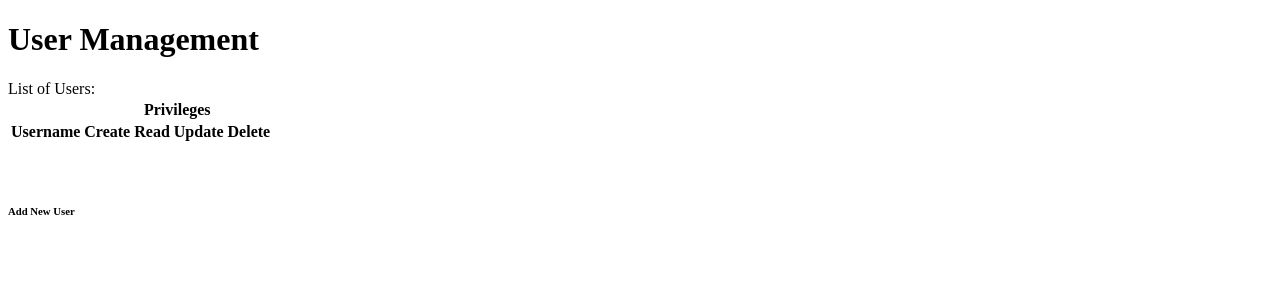
Repository: danalenvargas/TrainingWorkspace
Page: http://localhost/CaseStudyDraft/usermanagement.jsp
The author's editor kept a copy of each file at every save. The page is drawn from the files as they stood at one save, then again after the next save.
The browser window is 1280 px wide. The pictures show the whole page.
The page is served by Tomcat 9.

Above is the page before, as saved 2018-08-27 00:26:44.

After the next save:
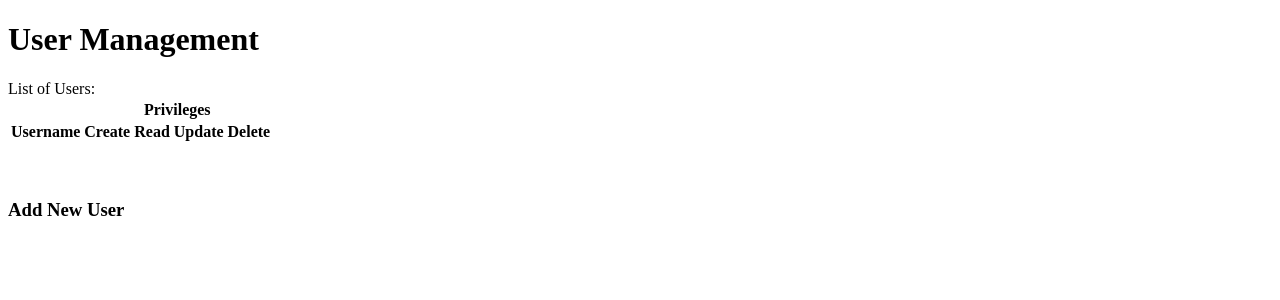
Saved 43 s later.
--- a/CaseStudyDraft/WebContent/usermanagement.jsp
+++ b/CaseStudyDraft/WebContent/usermanagement.jsp
@@ -33,7 +33,7 @@ List of Users: <br>
 	</c:forEach>
 </table>
 <br><br>
-<h6>Add New User</h6>
+<h3>Add New User</h3>
 <form action="'">
 
 </form>
